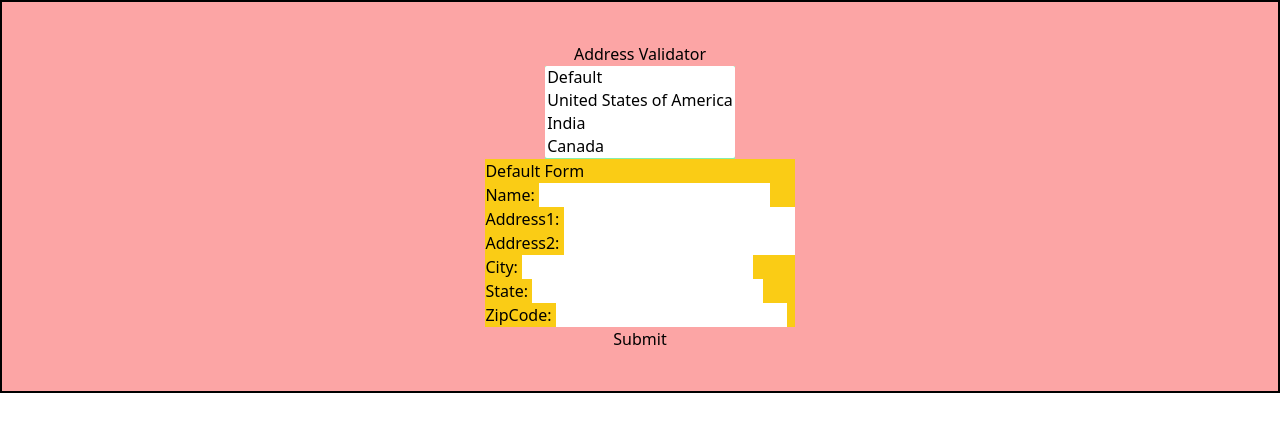
Repository: jay-singhvi/SWArchDesign_TeamProject
Page: / (app in frontend/address-validation/)
The author's editor kept a copy of each file at every save. The page is drawn from the files as they stood at one save, then again after the next save.
The browser window is 1280 px wide. The pictures show the whole page.
The project was rebuilt for these pictures with package versions that can differ from the ones it lists, and the page was loaded fresh each time. Also part of the build but not shown: frontend/address-validation/src/App.css.

Above is the page before, as saved 2023-03-07 13:32:09.

After the next save:
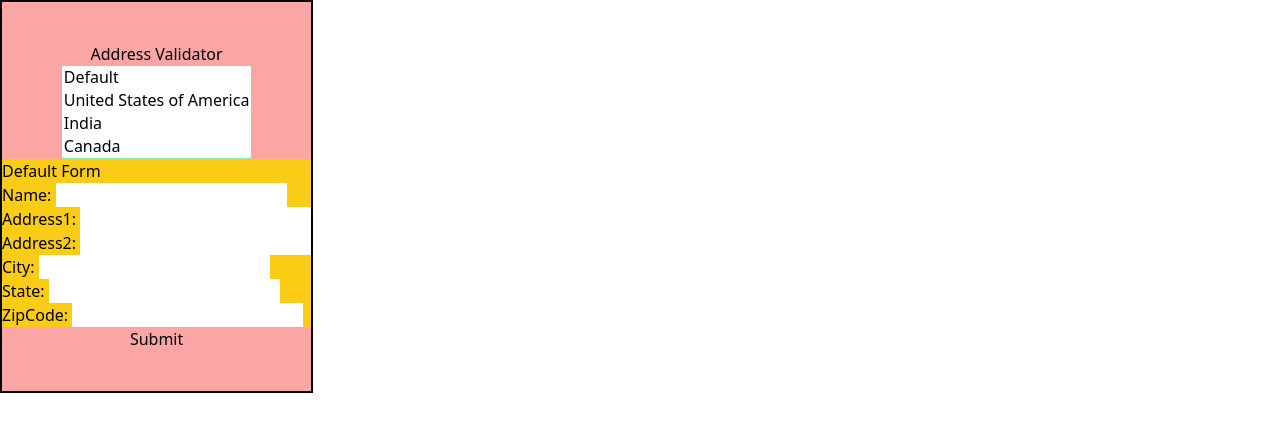
Saved 14 s later.
--- a/frontend/address-validation/src/App.js
+++ b/frontend/address-validation/src/App.js
@@ -139,7 +139,7 @@
 
   // Give all the options of countries to user for selection
   return (
-    <div className=' bg-red-300 py-10 flex flex-col items-center border-2 border-black'>
+    <div className=' bg-red-300 py-10 flex flex-col items-center border-2 border-black max-w-fit'>
       <h1>Address Validator</h1>
       <div className=' bg-green-300'>
         <select multiple value={countryList} onChange={handleSelectedCountry}>

After the save that followed:
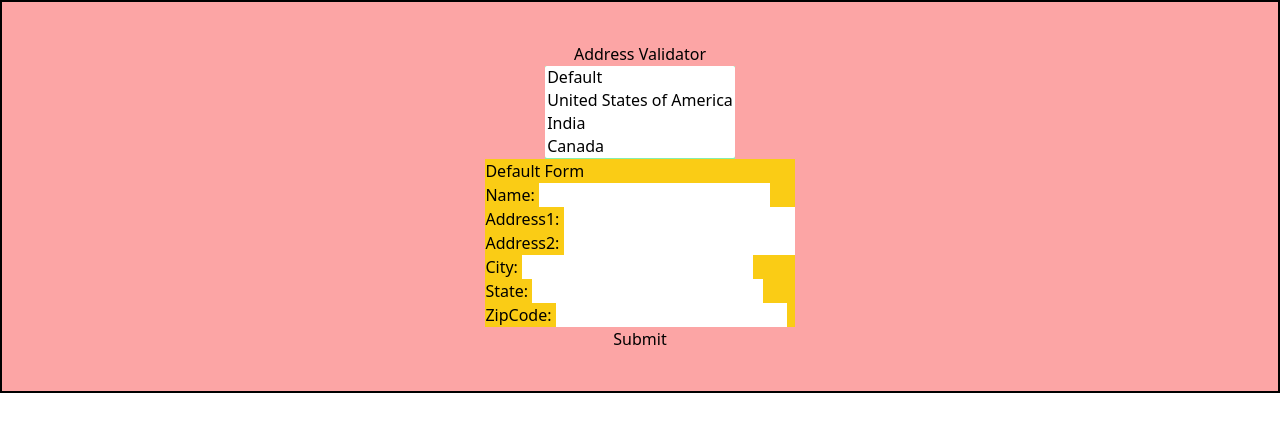
Saved 11 s later.
--- a/frontend/address-validation/src/App.js
+++ b/frontend/address-validation/src/App.js
@@ -139,7 +139,7 @@
 
   // Give all the options of countries to user for selection
   return (
-    <div className=' bg-red-300 py-10 flex flex-col items-center border-2 border-black max-w-fit'>
+    <div className=' bg-red-300 py-10 flex flex-col items-center border-2 border-black'>
       <h1>Address Validator</h1>
       <div className=' bg-green-300'>
         <select multiple value={countryList} onChange={handleSelectedCountry}>
